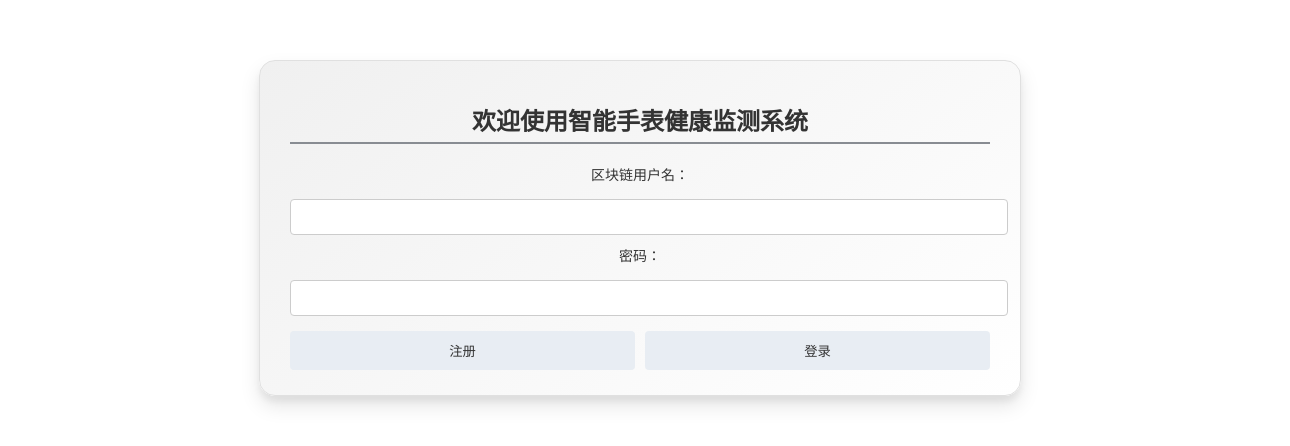
Repository: hyperion0831/The-management-of-IoT-data-sharing-based-on-blockchain
Page: / (app in Dz/frontend/)
These files come from the project's save history. The page is drawn as it stood at one moment and after the next save; the edit follows.
The browser window is 1280 px wide. The page is 1280 px wide, then 1290 px, then 1280 px, so the pictures cover 1290 px, including what lies to the right of the window. The pictures show the whole page.
The project was rebuilt for these pictures with package versions that can differ from the ones it lists, and the page was loaded fresh each time. Also part of the build but not shown: Dz/frontend/vue.config.js, Dz/frontend/src/components/dashboard/DataUploadAndExport.vue, Dz/frontend/src/components/dashboard/RealTimeMonitoring.vue, Dz/frontend/src/components/dashboard/DataAnalysis.vue, Dz/frontend/src/components/dashboard/AppSettings.vue, Dz/frontend/src/components/DataDashBoard.vue.

Above is the page before, as saved 2024-11-12 00:23:49.

After the next save:
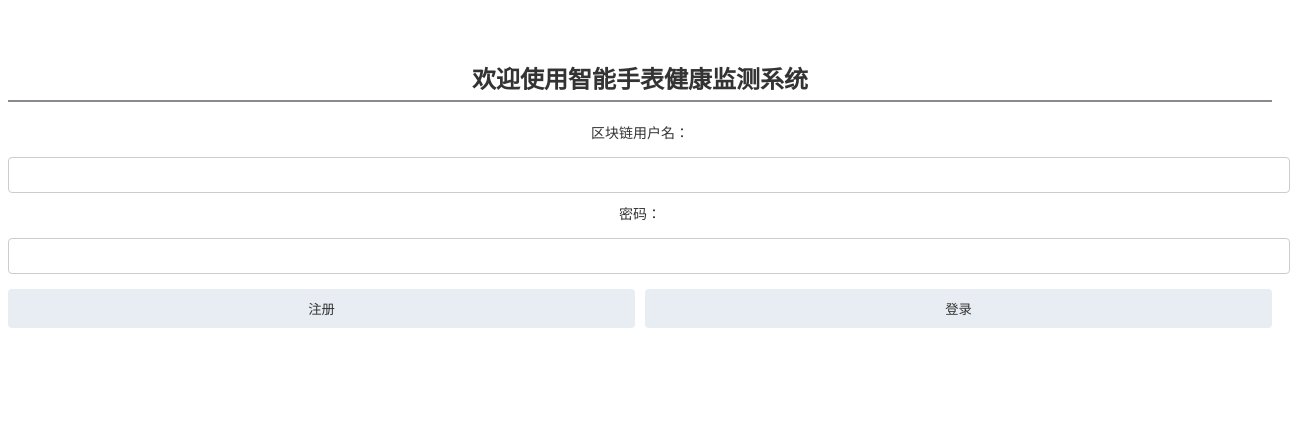
Saved 11 s later.
--- a/Dz/frontend/src/components/LoginForm.vue
+++ b/Dz/frontend/src/components/LoginForm.vue
@@ -255,15 +255,7 @@
   </script>
 
   <style scoped>
-.loginform {
-  width: 700px; /* 调整宽度 */
-  padding: 25px 30px; /* 增加内边距 */
-  margin: 60px auto; /* 居中 */
-  background: linear-gradient(145deg, #f0f0f0, #ffffff); /* 添加柔和的渐变背景 */
-  border: 1px solid #e0e0e0; /* 边框颜色更浅 */
-  border-radius: 16px; /* 调整圆角 */
-  box-shadow: 0 10px 20px rgba(0, 0, 0, 0.1), 0 6px 6px rgba(0, 0, 0, 0.05); /* 添加双层阴影 */
-}
+
 
   h1 {
     font-size: 24px;

After the save that followed:
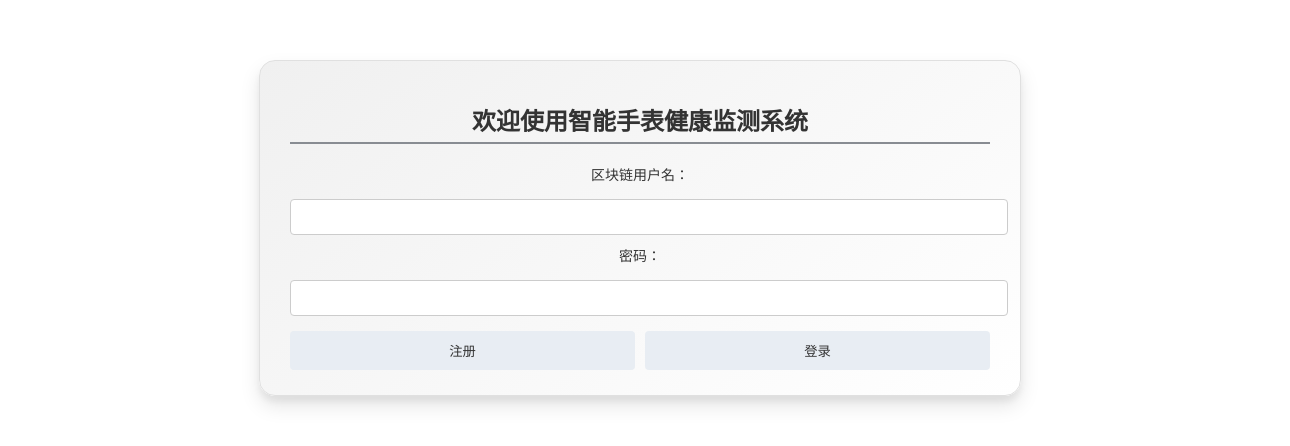
Saved 20 s later.
--- a/Dz/frontend/src/components/LoginForm.vue
+++ b/Dz/frontend/src/components/LoginForm.vue
@@ -255,7 +255,15 @@
   </script>
 
   <style scoped>
-
+  .loginform {
+    width: 700px; /* 调整宽度 */
+    padding: 25px 30px; /* 增加内边距 */
+    margin: 60px auto; /* 居中 */
+    background: linear-gradient(145deg, #f0f0f0, #ffffff); /* 添加柔和的渐变背景 */
+    border: 1px solid #e0e0e0; /* 边框颜色更浅 */
+    border-radius: 16px; /* 调整圆角 */
+    box-shadow: 0 10px 20px rgba(0, 0, 0, 0.1), 0 6px 6px rgba(0, 0, 0, 0.05); /* 添加双层阴影 */
+  }
 
   h1 {
     font-size: 24px;
